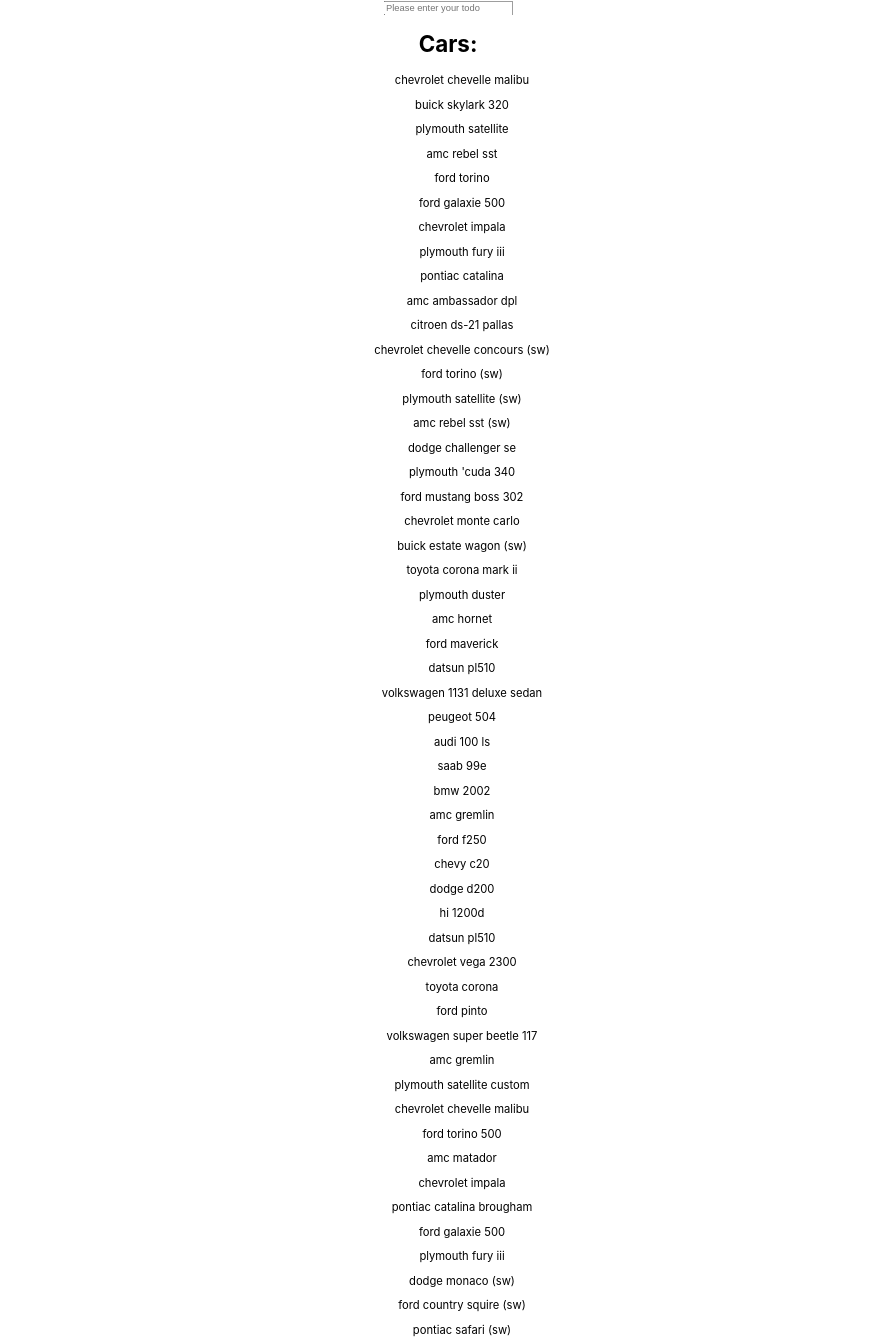
Repository: vhoreho/react
Page: / (app in myapp/)
The author's editor kept a copy of each file at every save. The page is drawn from the files as they stood at one save, then again after the next save.
The browser window is 1280 px wide. The pictures show the part of the page from y = 0 to 1920 px (the page is 14315 px tall), at 70% of full size.
The project was rebuilt for these pictures with package versions that can differ from the ones it lists, and the page was loaded fresh each time.

Above is the page before, as saved 2022-08-08 20:47:26.

After the next save:
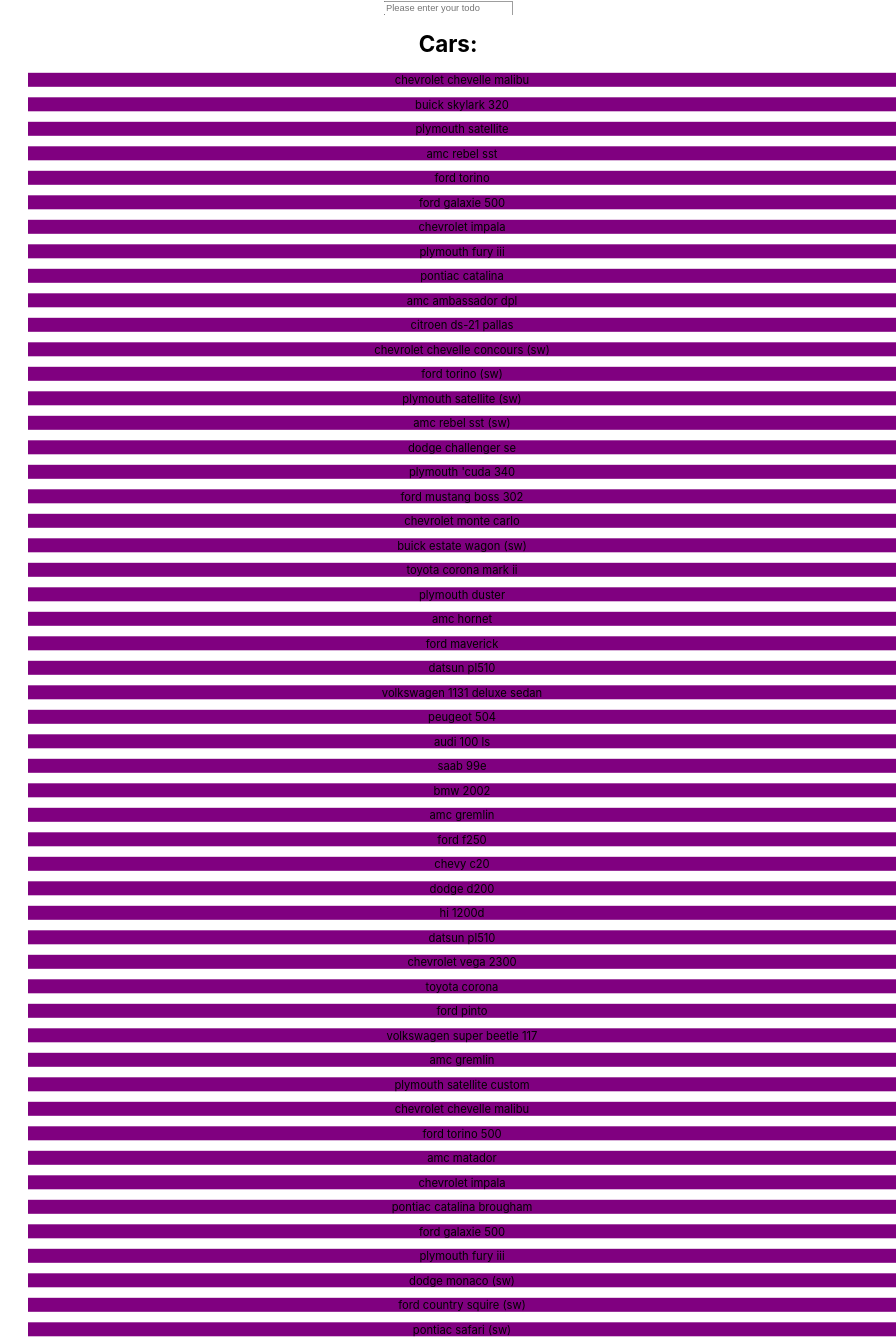
Saved 12 s later.
--- a/myapp/src/components/Car.js
+++ b/myapp/src/components/Car.js
@@ -4,7 +4,7 @@
   return (
     <li style={{
       margin: '15px 0',
-      background: 'rgba(#000, .8)'
+      background: 'purple'
     }}>{props.Name}</li>
   )
 }
